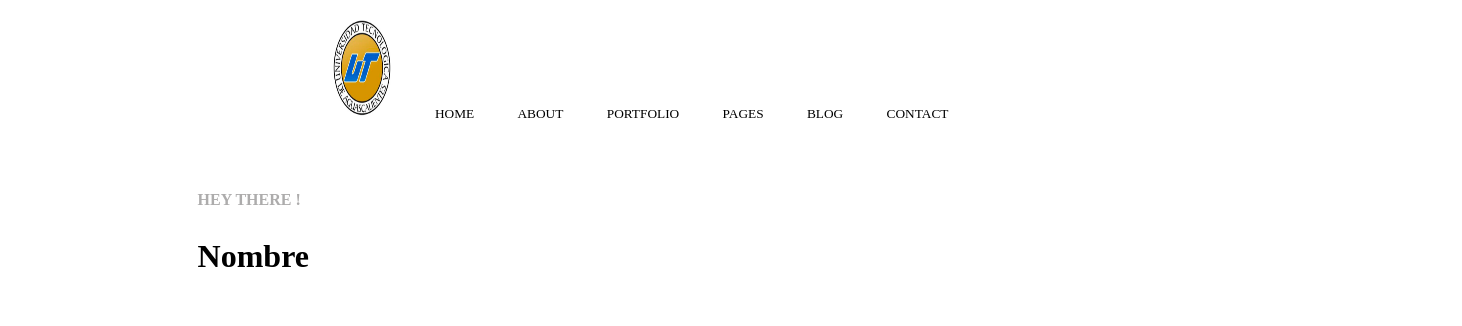
Repository: Armandoyerek11/proyectou1
Page: index.html
These files come from the project's save history. The page is drawn as it stood at one moment and after the next save; the edit follows.
The browser window is 1280 px wide. The page is 1462 px wide, so the pictures cover 1462 px, including what lies to the right of the window. The pictures show the whole page.

Above is the page before, as saved 2022-05-30 13:47:25.

After the next save:
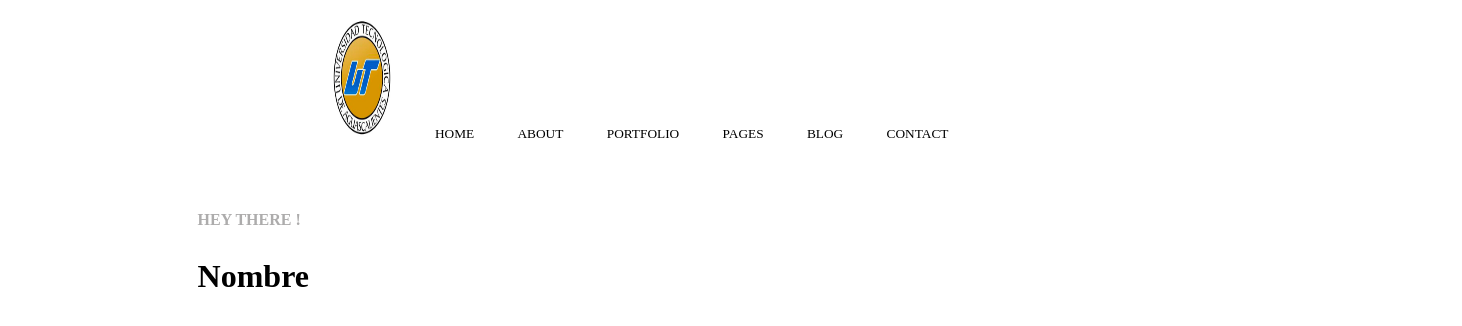
Saved 94 s later.
--- a/index.html
+++ b/index.html
@@ -11,7 +11,7 @@
 
 <body>
     <nav>
-        <a><img src="logo.jpg" width="100" height="100"></li>
+        <a><img src="logo.jpg" width="100" height="120"></li>
         </a>
         <a href="#" class="nav_bar">HOME</a>
         <a href="#" class="nav_bar">ABOUT</a>
